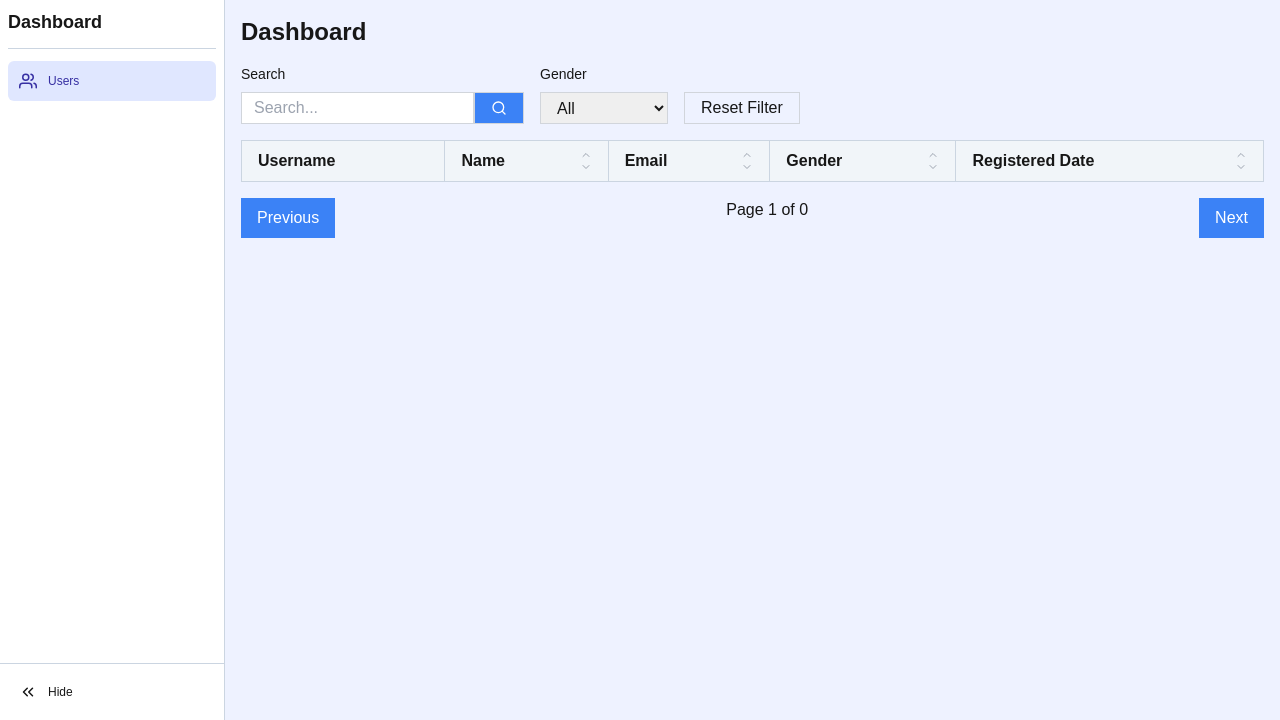
Repository: Ademaulana100499/userdashboard
Page: /
An editor plug-in stored every save of this project. The page is shown before and after the next save, followed by the edit.
The browser window is 1280 px wide. The pictures show the whole page.
The page's requests for data from a server got no answer. The project was rebuilt for these pictures with package versions that can differ from the ones it lists, and the page was loaded fresh each time. The framework's server and built-in components were replaced by stand-ins that run in the browser. No one was signed in, and anything a server would have sent is missing. Also part of the build but not shown: next.config.mjs.

Above is the page before, as saved 2025-02-14 22:16:18.

After the next save:
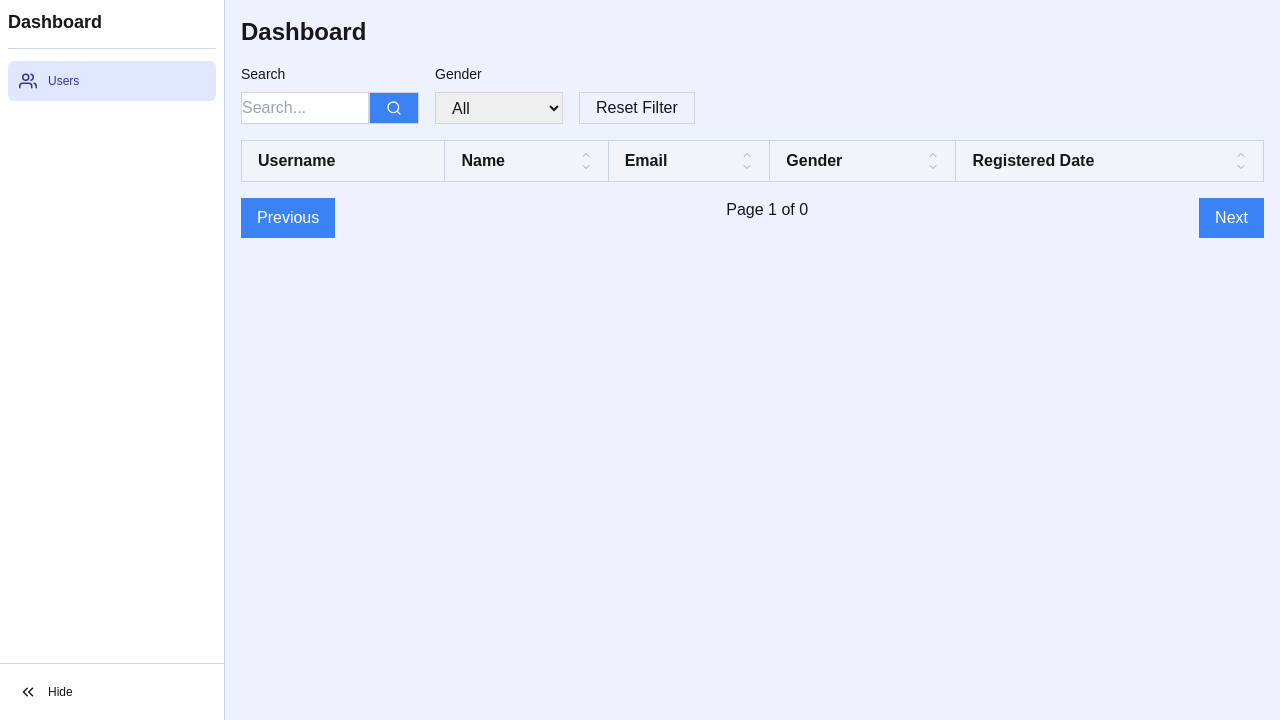
Saved 43 s later.
--- a/src/components/DashboardContent.jsx
+++ b/src/components/DashboardContent.jsx
@@ -113,7 +113,7 @@ const DashboardContent = () => {
               value={searchKeyword}
               onChange={(e) => setSearchKeyword(e.target.value)} // Update search keyword
               placeholder="Search..."
-              className=" px-3 border border-gray-300 h-8"
+              className=" w-32 border border-gray-300 h-8"
             />
             <button
               type="button"
